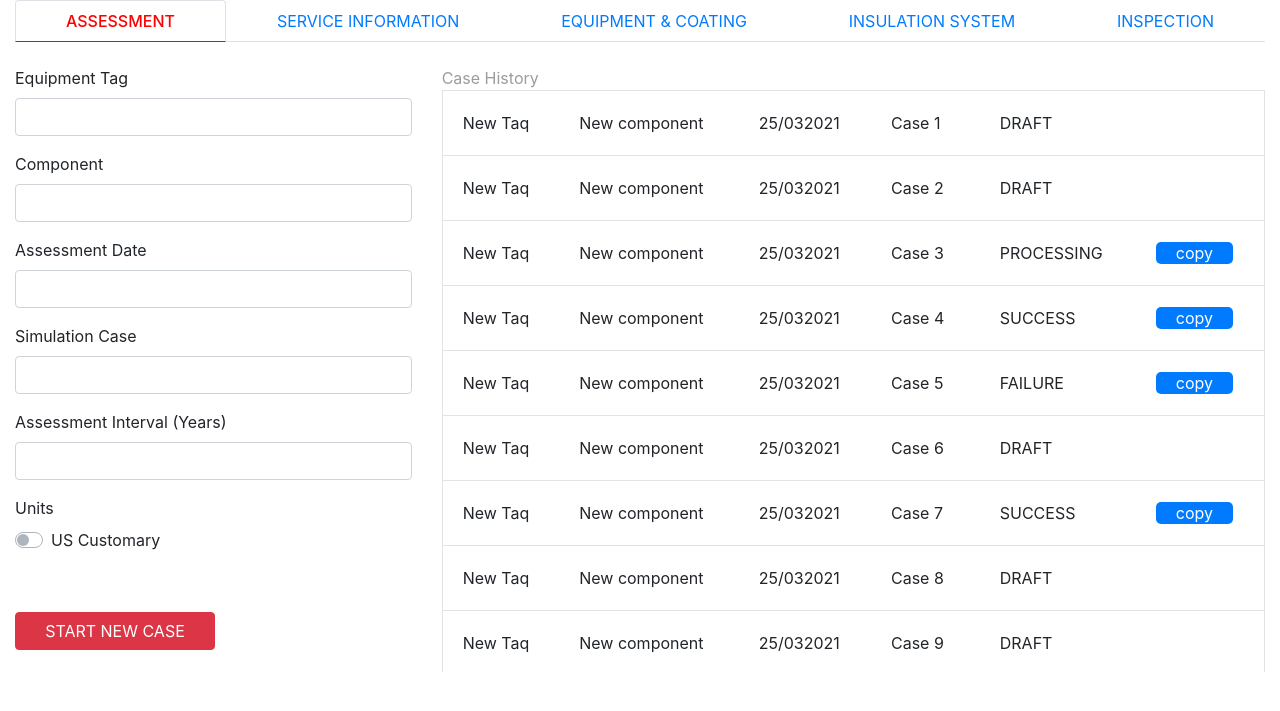
Repository: arif286/dashboard
Page: /
These files come from the project's save history. The page is drawn as it stood at one moment and after the next save; the edit follows.
The browser window is 1280 px wide. The pictures show the whole page.
An inner scrolling area shows only its first screen. The project was rebuilt for these pictures with package versions that can differ from the ones it lists, and the page was loaded fresh each time. The framework's server and built-in components were replaced by stand-ins that run in the browser. Also part of the build but not shown: nuxt.config.js, components/Nav.vue.

Above is the page before, as saved 2021-06-18 20:29:22.

After the next save:
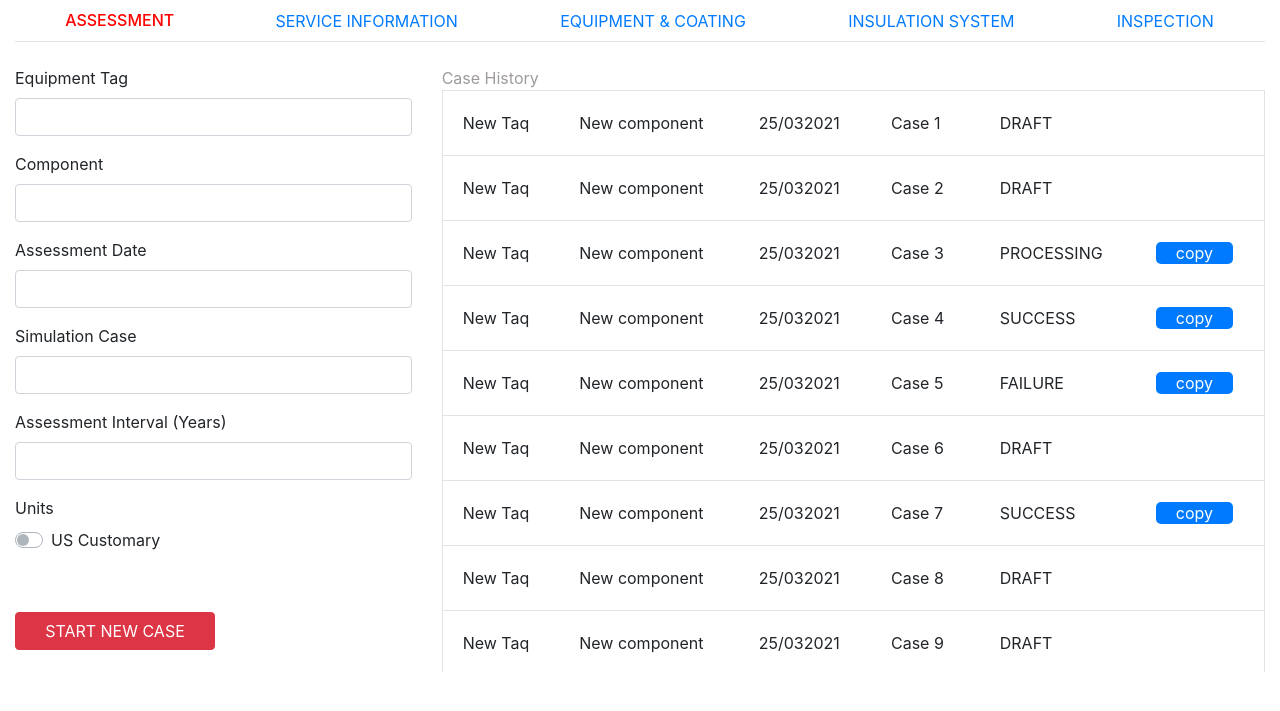
Saved 9 s later.
--- a/pages/index.vue
+++ b/pages/index.vue
@@ -47,7 +47,7 @@ export default {
   color: red !important;
   font-weight: 500;
   border-bottom: 1px solid red !important;
-  border: none;
+  border: none !important;
 
 }
 </style>
